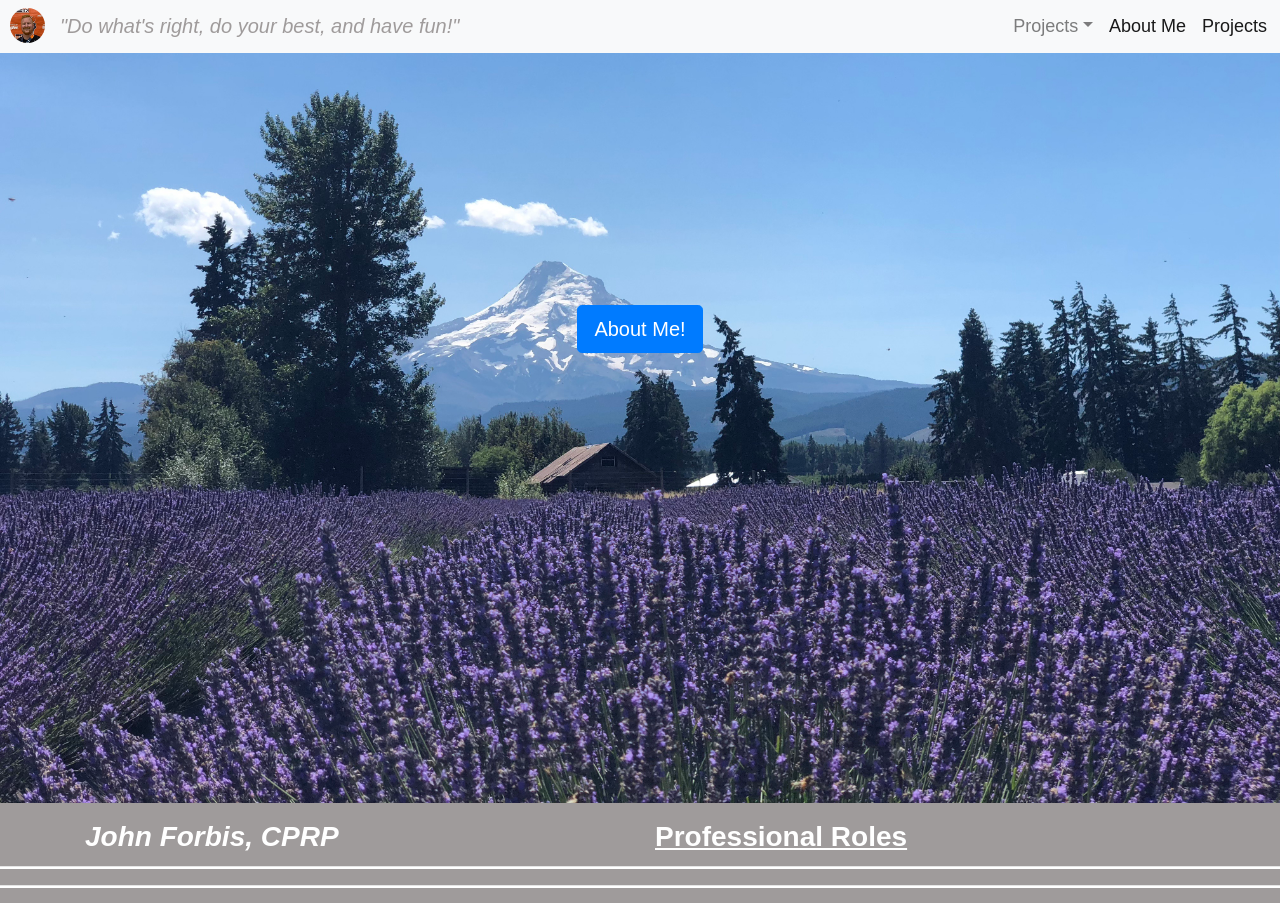
Repository: jforbis/john-forbis-data-analyst
Page: index.html
These files come from the project's save history. The page is drawn as it stood at one moment and after the next save; the edit follows.
The browser window is 1280 px wide. The pictures show the part of the page from y = 0 to 903 px (the page is 1788 px tall before and 1842 px after).
A picture or video elsewhere on the page could not be fetched, so the positions and the page height are approximate. Backgrounds fixed to the window are drawn as part of the page.

Above is the page before, as saved 2021-03-31 23:24:58.

### index.html
<!DOCTYPE html>
<html lang="en">

<head>
<meta charset="UTF-8">
<title class="text">John Forbis, CPRP</title>
<!--Bootstrap style sheet-->
<link rel="stylesheet" href="https://stackpath.bootstrapcdn.com/bootstrap/4.3.1/css/bootstrap.min.css" integrity="sha384-ggOyR0iXCbMQv3Xipma34MD+dH/1fQ784/j6cY/iJTQUOhcWr7x9JvoRxT2MZw1T" crossorigin="anonymous">
<!--link to style sheet-->
<link rel="stylesheet" type="text/css" href="static/css/style.css">
</head>

<!--Top Nav Bar-->
<nav class="navbar-expand-lg navbar-light bg-light nav-color navbar nav">
    <a class="navbar-brand" href="about_me.html">
        <img class="headshot-sm" src="resources/images/headshot.jpg">
    </a>
    <a class="navbar-brand" id="tagline" href="index.html"> <i>"Do what's right, do your best, and have fun!"</i></a>
    <button class="navbar-toggler" type="button" data-bs-toggle="collapse" data-bs-target="#navbarSupportedContent"
        aria-controls="navbarSupportedContent" aria-expanded="false" aria-label="Toggle navigation">
        <span class="navbar-toggler-icon"></span>
    </button>
    <div class="collapse navbar-collapse justify-content-end" id="navbarSupportedContent">
        <div class="nav navbar-nav navbar-right">
            <ul class="navbar-nav me-auto mb-2 mb-lg-0">
                <li class="nav-item dropdown">
                    <a class="nav-link dropdown-toggle" href="#" id="navbarDropdown" role="button"
                        data-bs-toggle="dropdown" aria-expanded="false">Projects</a>
                    <ul class="dropdown-menu" aria-labelledby="navbarDropdown">
                        <a class="dropdown-item" href="#">Schooling</a>
                        <a class="dropdown-item" href="#">Career</a>
                        <a class="dropdown-item" href="#">Accolades</a>
                    </ul>
                </li>
                <li class="nav-item active">
                    <a class="nav-link" href="#">About Me </a>
                </li>
                <li class="nav-item active">
                    <a class="nav-link" href="#">Projects </a>
                </li>
            </ul>
        </div>
    </div>
</nav>

<div class="wrapper">
    <!-- <nav class="navbar navbar-default">
        <div class="container-fluid">
        <div class="navbar-header">
            <!-- <a class="navbar-brand" href="index.html">UFO Sightings
            <img class="nav-ufo" src="resources/images/headshot.jpg">
            </a> -->
        <!-- </div>
        </div>
    </nav> -->
    <div class="hero text-center">
        <h1 class="text"><b>JOHN FORBIS, CPRP</b></h1>
        <p><a class="btn btn-primary btn-lg" href="#me" role="button">About Me!</a></p>
    </div>

<body>
    <div class="container" style="margin-top: 20px">
        <div class="row">
            <div class="col" id="me">
                <strong><i>John Forbis, CPRP</i></strong>
            </div>
            <div class="col" id="pr">
                <strong><u>Professional Roles</u></strong>
            </div>
        </div>
    </div>
    <hr><hr>
    <hr>
    <table>
        <tr>
            <td style="vertical-align:top;">
                <div class="card" style="width: 40rem; margin-top: 20px">
                    <div><img src="resources/images/headshot.jpg" class="headshot-md" alt="John Forbis"</div>
                    <div class="card-body">
                        <h5 class="card-title"><b>Who I Am:</b></h5>
                        <p class="card-text">
                        <div id="whoiam"><i><b>Data analyst with a passion for innovation, data analysis and keeping it fun!</b></i></div>
                        <br>
                        With a background in public service, facility management, and leadership of
                        muli-level teams as well as extensive training in both leadership and data analytics
                        through the Leadership Intensive program by The Changing Point and the University
                        of Kansas Data Analytics boot camp respectively, I would make a great addition
                        to any team. Acquired skills in: advanced Excel, Tableau, PowerBI, Python, Pandas, API calls,
                        SQL, Java Script, flask app, and Machine Learning.
                        <br><br>
                        I enjoy a good problem needing solved
                        and love to utilize data to tell the story. I am a proven innovator in my
                        career with a ‘can-do’ mindset; always searching for new and better solutions.
                        </p>
                    <a target=blank href="https://www.linkedin.com/in/john-forbis-cprp-96921513/" class="btn btn-primary">Connect with me!</a>
                    </div>
                </div>
            </td>
            <td style="vertical-align:bottom">
                <div class="second_card" style="width: 40rem;">
                        <div class="card-body">
                            <table style="margin-top: 39px">
                                <tr>
                                <td>
                                    <div class="career-card" style="width: 18rem;">
                                        <img class="card-img-career" src="resources/images/cp.png" alt="CivicPlus">
                                        <div class="career-card-body">
                                        <h5 class="career-title">CivicPlus</h5>
                                        <p class="career-text">Implementation Consultant</p>
                                        <a target=new href="https://www.civicplus.com/" class="btn btn-primary">Learn about CivicPlus</a>
                                        </div>
                                    </div>
                                </td>
                                    <td>
                                        <div class="career-card" style="width: 18rem;">
                                            <img class="card-img-career" src="resources/images/Lenexa.jpg" alt="City of Lenexa" style="padding: 28.6px">
                                            <div class="career-card-body">
                                            <h5 class="career-title">City of Lenexa</h5>
                                            <p class="career-text">Rec Center Manager</p>
                                            <a target=new href="https://www.lenexa.com/government/departments___divisions/recreation_center" class="btn btn-primary">Learn about LRC</a>
                                            </div>
                                        </div>
                                    </td>
                                </tr>
                                <tr>
                                    <td>Member Services Supervisor
                                        <a href="visualizations/cloudiness.html">
                                            <img src="Resources/assets/images/Fig3.png" class="card-img-top" alt="...">
                                    </a>
                                    </td>
                                    <td>Recreation Services Manager
                                        <a href="visualizations/windspeed.html">
                                            <img src="Resources/assets/images/Fig3.png" class="card-img-top" alt="...">
                                        </a>
                                    </td>
                                </tr>
                                <tr>
                                    <td>Recreation Specialist
                                        </br>
                                        </br>
                                        </br>
                                        </br>
                                        </br>
                                        </br>
                                        </br>
                                        </br>
                                        </br>
                                    </td>
                                </tr>
                                <tr>
                                    <td></td>
                                </tr>
                                <tr>
                                    <td></td>
                                </tr>
                                <tr>
                                    <td></td>
                                </tr>
                                <tr>
                                    <td></td>
                                </tr>
                                <tr>
                                    <td></td>
                                </tr>
                                <tr>
                                    <td></td>
                                </tr>
                            </table>
                        </div>
                </div>
            </td>
        </tr>
    </table>
</div>
</body>

<!--<table>
    <tr>
      <th>Month</th>
      <th>Savings</th>
    </tr>
    <tr>
      <td>January</td>
      <td>$100</td>
    </tr>
    <tr>
      <td>February</td>
      <td>$80</td>
    </tr>
    <tr>
      <td colspan="2">Sum: $180</td>
    </tr>
  </table>-->

### static/css/style.css
/* Styling for HTML elements */
body {
padding: 0;
margin: 0;
font-family: Georgia, "Times New Roman", Times, serif;
font-size: 18px;
line-height: 150%;
color: rgb(255, 255, 255);
background: #9f9b9b;
}

#me {
    font-size: 28px;
    text-align: left;
}

#pr {
    font-size: 28px;
    text-align: calc(center+10px);
}

#career-img {
    width: 30px;
}
.dropdown {
position: relative;
display: inline-block;
}

.dropdown-menu {
display: none;
position: absolute;
background-color: #f9f9f9;
min-width: 160px;
box-shadow: 0px 8px 16px 0px rgba(0,0,0,0.2);
padding: 12px 16px;
z-index: 1;
}

.dropdown:hover .dropdown-menu {
display: block;
}

h1 {
padding: 15px;
margin: 10px;
color: white
}

h3 {
margin-left: 35px;
color: white;
font-size: 16px
}

hr {
height: 2px;
background-color: white
}

.card {
color: #9f9b9b;
font-size: 14px;
margin-left: 40px;
margin-top: top;
border-color: #9f9b9b;
vertical-align: text-top
}

.card-body {
    margin-top: 100px;
}

.career-card-body {
    margin-top: 10px;
    padding: 20px;
}

.career-card {
    color: #9f9b9b;
    font-size: 14px;
    background-color: white;
    margin-top: top;
    margin-right: 20px;
    border-color: #9f9b9b;
    vertical-align: text-top;
    position: relative;
    display: flex;
    flex-direction: column;
    min-width: 0;
    word-wrap: break-word;
    background-clip: border-box;
    border: 1px solid rgba(0,0,0,.125);
    border-radius: .25rem;
    }

#whoiam {
    text-align: center;
    color: #70A6E4;
    font-size: 16px
}
.second_card {
margin-top: -140px;
margin-left: 40px
}

.card-img-top {
width: 50%;
height: auto;
}

.card-title {
font-size: 18px;
}

.career-text {
    text-align: center;
    font-size: 18px;
    font-style: italic;
}

h5.career-title {
    text-align: center;
}

.top_row {
position: sticky;
top: 0;
background-color: #353A3F;
}

.navbar-expand-lg navbar-light bg-light nav-color navbar nav {
position: sticky;
top: 0;
}

* {
box-sizing: border-box;
font-family: Ubuntu, sans-serif;
}

html,
body {
height: 100%;
padding: 0;
margin: 0;
}

/* The wrapper contains all of the page's content besides the footer, which is pushed to the bottom of the page */
.wrapper {
position: relative;
min-height: 100%;
padding-bottom: 130px;
overflow: auto;
}

/* The footer is positioned at the bottom of the page */
.footer {
position: absolute;
right: 0;
bottom: 0;
left: 0;
min-height: 100px;
background: #4e5d6c;
}

/* The code styles the text at the bottom of the footer */
.footer > .bottom {
position: absolute;
right: 0;
bottom: 0;
left: 0;
padding: 5px;
background: #1b3146;
}

.navbar {
padding: 5px;
margin: 0;
}

/* This CSS styles the photo in the navbar */
.headshot-sm {
position: absolute;
bottom: 10px;
left: 10px;
width: 35px;
color: white;
border-radius: 50%!important;
}

/* This CSS styles the photo in the 'Who I Am' card' */
.headshot-md {
    position: absolute;
    width: 20%;
    left: 20px;
    top: 20px;
    color: black;
    margin-bottom: 20px;
    border-radius: .25rem!important;
    }

.card-img-career{
    border-top-left-radius: calc(.25rem - 1px);
    border-top-right-radius: calc(.25rem - 1px);
    max-width: 80%;
    max-height: 100px;
    margin-left: auto;
    margin-right: auto;
    margin-top: 25px;
    /* position: relative;
    background-color: #FFFFFF;
    color: black;
    width: 250px;
    height: 250px;
    padding: 20px;
    display: inline-block;
    vertical-align: middle */
}


#tagline {
    position: absolute;
    left: 60px;
    font-family: verdana;
    color: #9f9b9b;
}

/* Adding styles to the aside and filter form */
.ufo-form {
margin-top: 50px;
}

.filters .panel-body {
padding: 0;
}

.filters {
margin-top: 10px;
}

select {
display: block;
width: 100%;
padding: 8px;
color: #8e979f;
outline: none;
}

#table-area th {
text-align: center;
}

#table-area th:first-child,
#table-area th:nth-child(2),
#table-area th:nth-child(6) {
min-width: 70px;
}

.loader {
margin-top: 50px;
}

.margin-top-50 {
margin-top: 50px;
}

/* The styles for the parallax */
.hero {
position: relative;
height: 750px;
padding: 10px;
margin: 0;
background-image: url("../../resources/images/IMG_1779.jpg");
background-attachment: fixed;
background-position: bottom center;
background-size: cover;
}

.hero h1 {
margin-top: 200px;
font-size: 0.1rem;
animation: title 1.2s forwards linear;
}

.hero p {
font-size: 2rem;
opacity: 0;
animation: subtitle 1.2s forwards linear;
animation-delay: 1.2s;
}

/* input placeholder color changes */
/* .form-control::-webkit-input-placeholder {
/* Chrome/Opera/Safari */
/* color: #8e979f; */
/* } */ */

/* .form-control::-moz-placeholder { */
/* Firefox 19+ */
/* color: #8e979f; */
/* } */

/* .form-control:-ms-input-placeholder { */
/* IE 10+ */
/* color: #8e979f; */
}

/* .form-control:-moz-placeholder { */
/* Firefox 18- */
/* color: #8e979f;
} */

/* media queries which will only be activated at specific screen sizes */
@media (max-width: 800px) {
#table-area td {
    font-size: 1em;
}
}

@media (max-width: 500px) {
#table-area thead {
    display: none;
}

#table-area tr td:first-child {
    font-size: 1.8em;
    font-weight: bold;
    background: #1b3146;
}

#table-area tr td:last-child {
    margin-bottom: 20px;
}

#table-area tr td:last-child::after {
    display: block;
    width: 100%;
    height: 1px;
    margin-top: 20px;
    content: " ";
    background: aliceblue;
}

#table-area td {
    font-size: 1.25em;
}

#table-area tbody td {
    display: block;
    text-align: center;
}

#table-area tbody td::before {
    display: block;
    font-size: 1.4em;
    font-weight: bold;
    text-align: center;
    content: attr(data-th);
}

.hero h1 {
    animation: smaller-title 1.2s forwards linear;
}
}

/* keyframe animations which will be used to animate the title */
@keyframes title {
from {
    opacity: 0;
}

to {
    font-size: 7.5rem;
    opacity: 1;
}
}

@keyframes smaller-title {
from {
    opacity: 0;
}

to {
    font-size: 5.5rem;
    opacity: 1;
}
}

@keyframes subtitle {
from {
    opacity: 0;
}

to {
    opacity: 1;
}
}

After the next save:
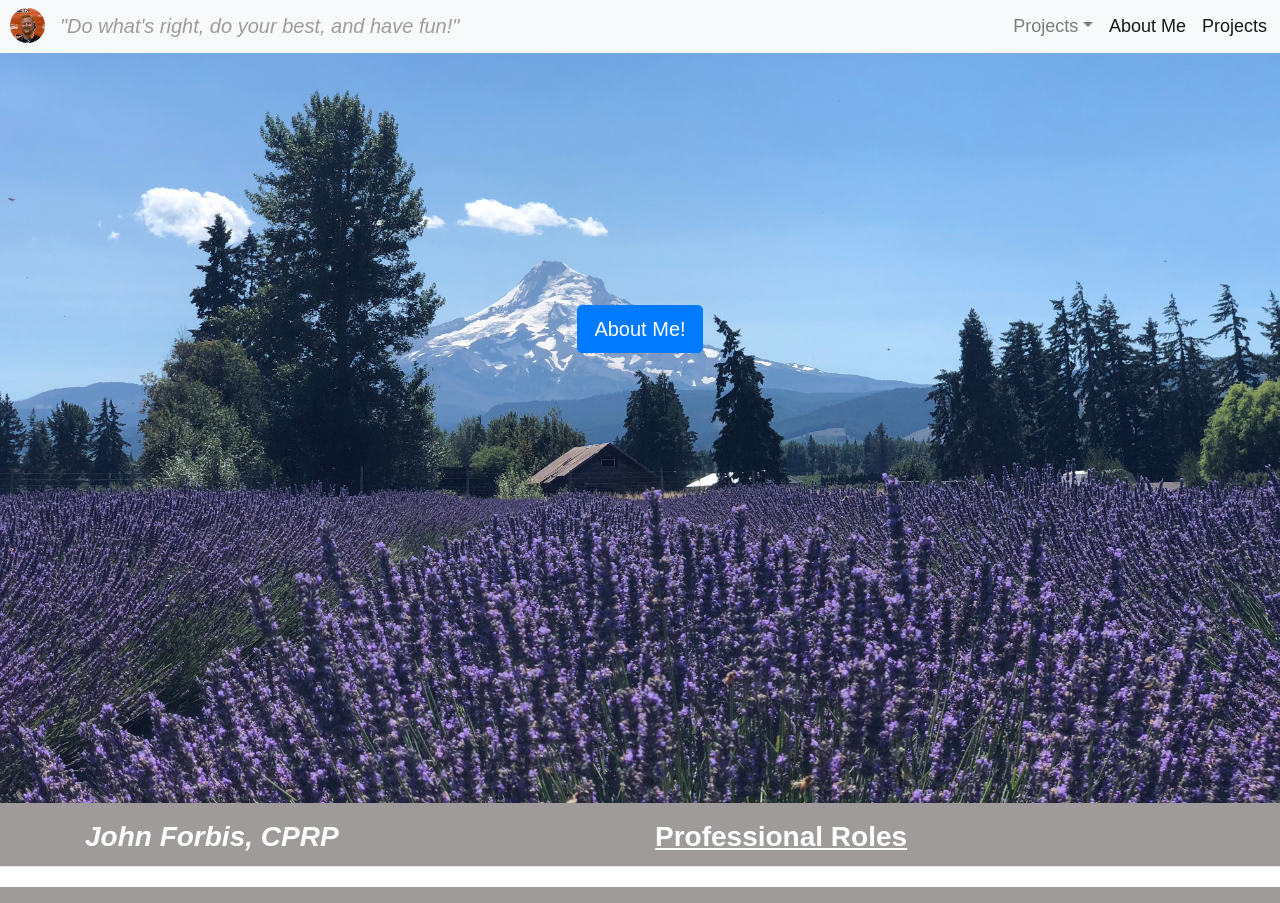
Saved 20 s later.
--- a/static/css/style.css
+++ b/static/css/style.css
@@ -54,7 +54,7 @@
 }
 
 hr {
-height: 2px;
+height: 20px;
 background-color: white
 }
 
